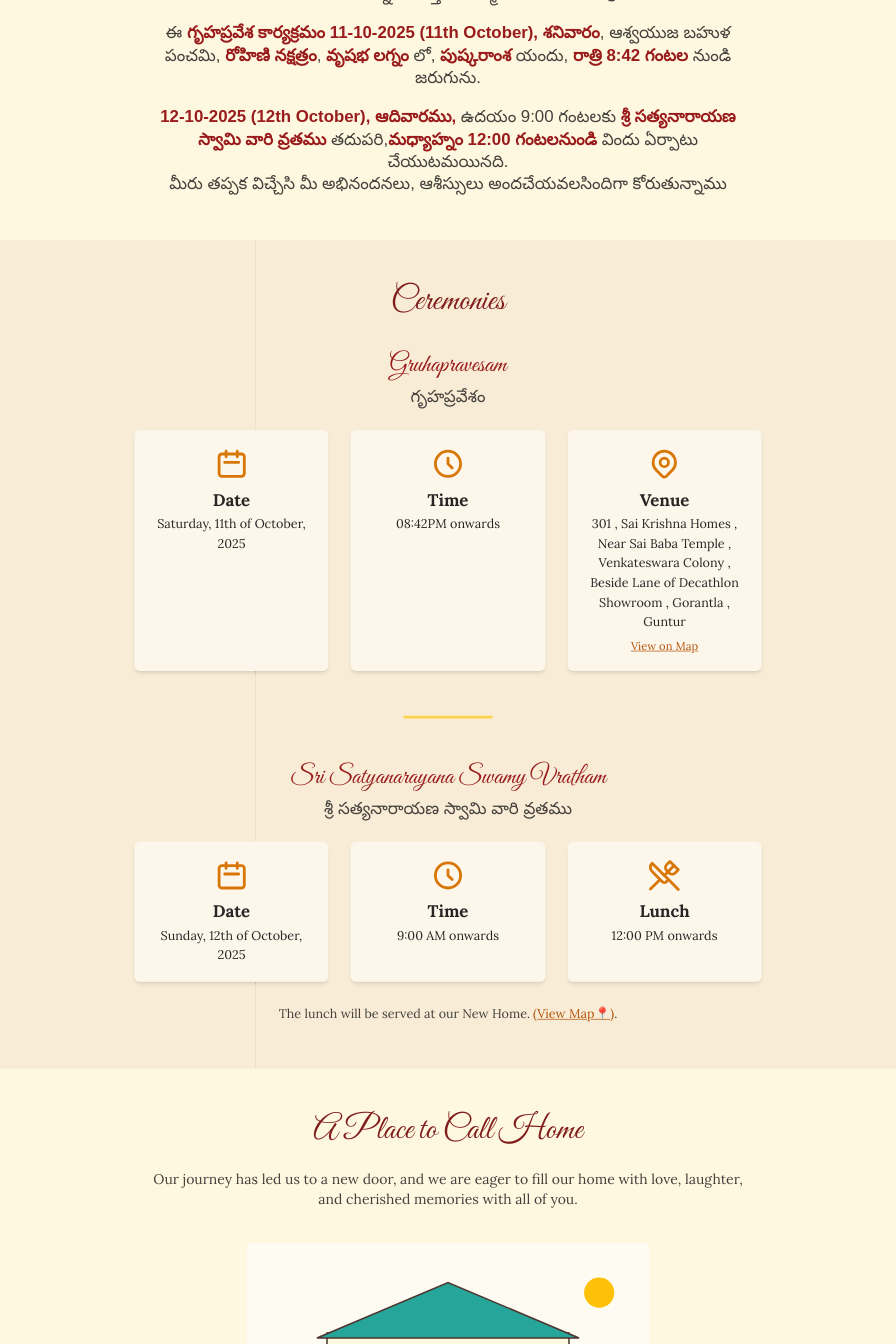
Repository: Dhakshin2007/house_warming_ceremony
Page: /
An editor plug-in stored every save of this project. The page is shown before and after a run of saves, followed by the edit.
The browser window is 1280 px wide. The pictures show the part of the page from y = 801 to 2721 px (the page is 3548 px tall before and 3572 px after), at 70% of full size.
Some web fonts or font styles are not loaded; a fallback is used. Some web libraries are served in a nearby version. The project was rebuilt for these pictures with package versions that can differ from the ones it lists, and the page was loaded fresh each time. Also part of the build but not shown: vite.config.ts.

Above is the page before, as saved 2025-10-04 10:05:21.

### index.html
<!DOCTYPE html>
<html lang="en">
  <head>
    <meta charset="UTF-8" />
    <meta name="viewport" content="width=device-width, initial-scale=1.0" />
    <title>Housewarming Ceremony Invitation</title>
    <script src="https://cdn.tailwindcss.com"></script>
    <link rel="preconnect" href="https://fonts.googleapis.com">
    <link rel="preconnect" href="https://fonts.gstatic.com" crossorigin>
    <link href="https://fonts.googleapis.com/css2?family=Great+Vibes&family=Lora:ital,wght@0,400;0,700;1,400&family=Mandali&display=swap" rel="stylesheet">
    <style>
      body {
        font-family: 'Lora', serif;
        background-color: #FFF8E1; /* A warm, festive cream */
      }
      .font-display {
        font-family: 'Great Vibes', cursive;
      }
      .font-telugu {
        font-family: 'Mandali', sans-serif;
      }
      /* Animation for scroll-in effect */
      .scroll-animate {
        opacity: 0;
        transform: translateY(30px);
        transition: opacity 0.8s ease-out, transform 0.8s ease-out;
      }
      .scroll-animate.visible {
        opacity: 1;
        transform: translateY(0);
      }
      /* Global fade-in animation */
      @keyframes fadeIn {
          from { opacity: 0; transform: translateY(10px); }
          to { opacity: 1; transform: translateY(0); }
      }
      .animate-fadeIn {
          animation: fadeIn 1s ease-out forwards;
          opacity: 0;
      }
    </style>
  <script type="importmap">
{
  "imports": {
    "react-dom/": "https://aistudiocdn.com/react-dom@^19.1.1/",
    "react/": "https://aistudiocdn.com/react@^19.1.1/",
    "react": "https://aistudiocdn.com/react@^19.1.1"
  }
}
</script>
</head>
  <body>
    <div id="root"></div>
    <script type="module" src="/index.tsx"></script>
  </body>
</html>

### App.tsx
import React, { useState, useEffect } from 'react';
import LandingAnimation from './components/LandingAnimation';
import FloatingPetals from './components/FloatingPetals';
import Section from './components/Section';
import { CalendarIcon, ClockIcon, MapPinIcon, MailIcon, PhoneIcon, UtensilsIcon } from './components/Icons';
import FamilyEnteringHouseAnimation from './components/FamilyEnteringHouseAnimation';
import EcoFriendlyLogo from './components/EcoFriendlyLogo';

const App: React.FC = () => {
  const [loading, setLoading] = useState(true);

  useEffect(() => {
    const timer = setTimeout(() => {
      setLoading(false);
    }, 4500); // Animation duration

    return () => clearTimeout(timer);
  }, []);

  if (loading) {
    return <LandingAnimation />;
  }

  return (
    <div className="bg-[#FFF8E1] text-[#4E342E] min-h-screen overflow-x-hidden">
      <FloatingPetals />
      <main className="relative z-10">
        <Header />
        <InvitationSection />
        <EventDetailsSection />
        <FamilySection />
        <BlessingsSection />
        <Footer />
      </main>
      <EcoFriendlyLogo/>
    </div>
  );
};

const Header: React.FC = () => (
  <header className="py-20 md:py-28 text-center text-amber-100 bg-cover bg-center" style={{backgroundImage: `linear-gradient(rgba(78, 52, 46, 0.8), rgba(78, 52, 46, 0.8)), url('https://i.postimg.cc/CxH97dqW/Whats-App-Image-2025-10-02-at-19-34-08-977bb1d6.jpg')`}}>
     <Section>
        <p className="text-xl md:text-2xl text-amber-300">Join us for the</p>
        <h1 className="font-display text-6xl md:text-8xl my-4 text-amber-200">Housewarming Ceremony - Kotha's'  Family</h1>
        <p className="text-xl md:text-2xl text-amber-300">of our new home</p>
     </Section>
  </header>
);

const InvitationSection: React.FC = () => (
    <Section className="py-16 px-6 text-center max-w-4xl mx-auto">
        <h2 className="font-display text-5xl text-red-900 mb-6">With hearts full of joy...</h2>
        <p className="font-telugu text-xl md:text-2xl leading-loose text-stone-700">
            మేము, <span className="font-bold text-red-800">కొత్త రామమోహన్ & భవాని </span> మరియు మా ప్రియమైన కుమారుడు <span className="font-bold text-red-800">కొత్త నితిన్ భార్గవ్ </span>
            తో కలిసి ఆనందం మరియు ఆశలు, ఆకాంక్షలతో నిండిన మా నూతన గృహంలోకి అడుగు పెడుతున్నాము. ఈ మధురక్షణాన్ని, ప్రేమ, నవ్వులు, ఆప్యాయతలు, మీ అమూల్యమైన ఆశీస్సులతో మరింత శోభయమానంగా మార్చుకోవాలని మనస్ఫూర్తిగా కోరుతున్నాము. మీ రాక మాకు అపార ఆనందాన్ని అందిస్తూ చిరస్మరణీయంగా నిలుపుతుంది.
        </p>


        <p className="font-telugu text-xl md:text-2xl leading-loose text-stone-700 mt-6">
            ఈ <span className="font-bold text-red-800">గృహప్రవేశ కార్యక్రమం</span>
            <span className="font-bold text-red-800"> 11-10-2025 (11th October), శనివారం</span>, ఆశ్వయుజ బహుళ పంచమి,
            <span className="font-bold text-red-800"> రోహిణి నక్షత్రం</span>,
            <span className="font-bold text-red-800"> వృషభ లగ్నం </span>లో,
            <span className="font-bold text-red-800"> పుష్కరాంశ </span> యందు,
            <span className="font-bold text-red-800"> రాత్రి 8:42 గంటల </span> నుండి జరుగును.
        <p className="font-telugu text-xl md:text-2xl leading-loose text-stone-700 mt-6">
            <span className="font-bold text-red-800">12-10-2025 (12th October), ఆదివారము,</span> ఉదయం 9:00 గంటలకు
            <span className="font-bold text-red-800"> శ్రీ సత్యనారాయణ స్వామి వారి వ్రతము</span> తదుపరి,
             <span className="font-bold text-red-800">మధ్యాహ్నం 12:00 గంటలనుండి </span> విందు ఏర్పాటు చేయుటమయినది.

        </p>

        <p>
            మీరు తప్పక విచ్చేసి మీ అభినందనలు, ఆశీస్సులు అందచేయవలసిందిగా కోరుతున్నాము</p>


            {/* <br /><br />
            మీ ఆశీర్వాదాలు, అభినందనలు మా గృహానికి <span className="font-bold text-red-800">శుభవైభవాన్ని</span>,
            మా హృదయాలకు <span className="font-bold text-red-800">ఆనందాన్ని</span> అందించి,  */}
            {/* ఈ ప్రత్యేక దినాన్ని <span className="font-bold text-red-800">చిరస్మరణీయంగా</span> చేస్తుంది. */}
        </p>
    </Section>
);

const EventDetailsSection: React.FC = () => (
    <Section className="py-16 px-6 bg-red-900/5">
        <div className="max-w-4xl mx-auto text-center">
            <h2 className="font-display text-5xl text-red-900 mb-12">Ceremonies</h2>

            {/* Event 1: Housewarming */}
            <div className="mb-12">
                <h3 className="font-display text-4xl text-red-800 mb-2">Gruhapravesam</h3>
                <p className="font-telugu text-2xl text-stone-700 mb-8">గృహప్రవేశం </p>
                <div className="grid grid-cols-1 md:grid-cols-3 gap-8 text-stone-800">
                    <div className="flex flex-col items-center p-6 bg-white/50 rounded-lg shadow-md hover:shadow-lg transition-shadow">
                        <CalendarIcon className="w-12 h-12 text-amber-600 mb-3" />
                        <h4 className="text-2xl font-bold mb-1">Date</h4>
                        <p className="text-lg">Saturday, 11th of October, 2025</p>
                    </div>
                    <div className="flex flex-col items-center p-6 bg-white/50 rounded-lg shadow-md hover:shadow-lg transition-shadow">
                        <ClockIcon className="w-12 h-12 text-amber-600 mb-3" />
                        <h4 className="text-2xl font-bold mb-1">Time</h4>
                        <p className="text-lg">08:42PM onwards</p>
                    </div>
                    <div className="flex flex-col items-center p-6 bg-white/50 rounded-lg shadow-md hover:shadow-lg transition-shadow">
                        <MapPinIcon className="w-12 h-12 text-amber-600 mb-3" />
                        <h4 className="text-2xl font-bold mb-1">Venue</h4>
                        <p className="text-lg">301 , Sai Krishna Homes , Near Sai Baba Temple , Venkateswara Colony , Beside Lane of Decathlon Showroom , Gorantla , Guntur</p>
                        <a href="https://maps.app.goo.gl/Uvsg3AJyijVXM1be9" target="_blank" rel="noopener noreferrer" className="text-amber-700 hover:text-amber-800 transition-colors mt-2 underline">View on Map</a>
                    </div>
                </div>
            </div>

            <div className="w-32 h-1 bg-amber-300 mx-auto my-16 rounded-full"></div>

            {/* Event 2: Satyanarayana Swamy Vratham */}
            <div>
                <h3 className="font-display text-4xl text-red-800 mb-2">Sri Satyanarayana Swamy Vratham</h3>
                <p className="font-telugu text-2xl text-stone-700 mb-8">శ్రీ సత్యనారాయణ స్వామి వారి వ్రతము</p>
                <div className="grid grid-cols-1 md:grid-cols-3 gap-8 text-stone-800">
                     <div className="flex flex-col items-center p-6 bg-white/50 rounded-lg shadow-md hover:shadow-lg transition-shadow">
                        <CalendarIcon className="w-12 h-12 text-amber-600 mb-3" />
                        <h4 className="text-2xl font-bold mb-1">Date</h4>
                        <p className="text-lg">Sunday, 12th of October, 2025</p>
                    </div>
                     <div className="flex flex-col items-center p-6 bg-white/50 rounded-lg shadow-md hover:shadow-lg transition-shadow">
                        <ClockIcon className="w-12 h-12 text-amber-600 mb-3" />
                        <h4 className="text-2xl font-bold mb-1">Time</h4>
                        <p className="text-lg">9:00 AM onwards</p>
                    </div>
                     <div className="flex flex-col items-center p-6 bg-white/50 rounded-lg shadow-md hover:shadow-lg transition-shadow">
                        <UtensilsIcon className="w-12 h-12 text-amber-600 mb-3" />
                        <h4 className="text-2xl font-bold mb-1">Lunch</h4>
                        <p className="text-lg">12:00 PM onwards</p>
                    </div>
                </div>
                <p className="text-lg mt-8 text-stone-700">
                    The lunch will be served at our  New Home.
                    <a
                        href="https://maps.app.goo.gl/Uvsg3AJyijVXM1be9"
                        target="_blank"
                        rel="noopener noreferrer"
                        className="text-amber-700 hover:text-amber-800 underline ml-1"
                    >
                       (View Map📍)
                    </a>.
                </p>
            </div>
        </div>
    </Section>
);


const FamilySection: React.FC = () => (
    <Section className="py-16 px-6 text-center max-w-4xl mx-auto">
         <h2 className="font-display text-5xl text-red-900 mb-8">A Place to Call Home</h2>
         <p className="text-xl text-stone-700 mb-12">
            Our journey has led us to a new door, and we are eager to fill our home with love, laughter, and cherished memories with all of you.
         </p>
         <FamilyEnteringHouseAnimation />
    </Section>
);

const BlessingsSection: React.FC = () => (
    <Section className="py-16 px-6 text-center max-w-4xl mx-auto">
         <h2 className="font-display text-5xl text-red-900 mb-8">Blessings</h2>
        <blockquote className="relative p-8">
            <p className="text-2xl italic text-stone-700">"ॐ सर्वे भवन्तु सुखिनः सर्वे सन्तु निरामयाः।"</p>
            <p className="text-lg text-stone-600 mt-4">"Om, may all be happy, may all be free from illness."</p>
            <div className="absolute top-0 left-0 w-16 h-16 border-t-4 border-l-4 border-amber-400 rounded-tl-2xl"></div>
            <div className="absolute bottom-0 right-0 w-16 h-16 border-b-4 border-r-4 border-amber-400 rounded-br-2xl"></div>
        </blockquote>
    </Section>
);

const Footer: React.FC = () => (
    <footer className="py-12 px-6 text-center bg-[#4E342E] text-amber-100">
        <Section>
            <p className="text-xl mb-4">For Your Assistance, feel free to reach out:</p>
            <div className="flex justify-center items-center space-x-6">
                <a href="tel:+917702632608" className="flex items-center space-x-2 hover:text-amber-300 transition-colors">
                    <PhoneIcon className="w-6 h-6" />
                    <span>7702632608</span>
                </a>
                <a href="mailto:nitinbhargav2002@gmail.com" className="flex items-center space-x-2 hover:text-amber-300 transition-colors">
                    <MailIcon className="w-6 h-6" />
                    <span>Mail 📧</span>
                </a>
            </div>
            {/* <p className="mt-8 text-amber-300/70">Crafted with love for our new beginning.</p> */}
            <p className="mt-4 text-sm text-amber-400/70">
                With Best Wishes
            </p>
            <p className="mt-4 text-sm text-amber-300/70">
                Crafted by <a href="https://dhakshin-portfolio.vercel.app/" target="_blank" rel="noopener noreferrer" className="underline hover:text-amber-200 transition-colors">Dhakshin Kotha 😉 ( Click Me !! )</a>
            </p>
        </Section>
    </footer>
);

export default App;

### components/LandingAnimation.tsx

import React from 'react';

const MandalaSVG: React.FC = () => (
    <svg viewBox="0 0 100 100" className="w-32 h-32 md:w-48 md:h-48 text-amber-300" style={{ filter: `drop-shadow(0 0 15px rgba(253, 224, 71, 0.7))`}}>
        <defs>
            <style>
                {`
                @keyframes draw {
                    from { stroke-dashoffset: 1000; }
                    to { stroke-dashoffset: 0; }
                }
                @keyframes fadeIn {
                    from { opacity: 0; transform: scale(0.5); }
                    to { opacity: 1; transform: scale(1); }
                }
                .mandala-path {
                    stroke-dasharray: 1000;
                    stroke-dashoffset: 1000;
                    animation: draw 3s ease-in-out forwards;
                }
                .mandala-core {
                    animation: fadeIn 2s 1s ease-out forwards;
                    opacity: 0;
                }
                `}
            </style>
        </defs>
        <g fill="none" stroke="currentColor" strokeWidth="1">
            <circle cx="50" cy="50" r="48" className="mandala-path" style={{animationDelay: '0s'}}/>
            <circle cx="50" cy="50" r="40" className="mandala-path" style={{animationDelay: '0.2s'}}/>
            <circle cx="50" cy="50" r="32" className="mandala-path" style={{animationDelay: '0.4s'}}/>
            {Array.from({ length: 12 }).map((_, i) => (
                <g key={i} transform={`rotate(${i * 30}, 50, 50)`}>
                    <path d="M50 10 C 60 25, 60 35, 50 50 C 40 35, 40 25, 50 10 Z" className="mandala-path" style={{animationDelay: `${0.8 + i*0.1}s`}}/>
                </g>
            ))}
        </g>
        <circle cx="50" cy="50" r="8" fill="currentColor" className="mandala-core" />
    </svg>
);

const LandingAnimation: React.FC = () => {
    return (
        <div className="fixed inset-0 bg-[#800000] flex flex-col justify-center items-center z-50 animate-fadeOut 4s forwards">
           <style>
               {`
               @keyframes fadeOut {
                   0%, 80% { opacity: 1; }
                   100% { opacity: 0; visibility: hidden; }
               }
               `}
           </style>
            <MandalaSVG />
            <p className="mt-6 text-xl md:text-2xl text-amber-200 animate-fadeIn 2s 2s forwards opacity-0">A new chapter begins...</p>
        </div>
    );
};

export default LandingAnimation;

### components/FloatingPetals.tsx

import React from 'react';

const FloatingPetals: React.FC = () => {
  const petals = Array.from({ length: 15 }).map((_, i) => {
    const style: React.CSSProperties = {
      left: `${Math.random() * 100}vw`,
      animationDuration: `${Math.random() * 5 + 10}s`, // 10s to 15s
      animationDelay: `${Math.random() * 10}s`,
    };
    return <div key={i} className="petal" style={style}></div>;
  });

  return (
    <div className="fixed top-0 left-0 w-full h-full overflow-hidden pointer-events-none z-0">
      <style>
        {`
        @keyframes fall {
          0% {
            transform: translateY(-10vh) rotate(0deg);
            opacity: 1;
          }
          100% {
            transform: translateY(110vh) rotate(360deg);
            opacity: 0;
          }
        }
        .petal {
          position: absolute;
          width: 15px;
          height: 15px;
          background-color: rgba(255, 165, 0, 0.4); /* Saffron-like color */
          border-radius: 0% 50% 50% 50%;
          transform: rotate(-45deg);
          animation-name: fall;
          animation-timing-function: linear;
          animation-iteration-count: infinite;
        }
        `}
      </style>
      {petals}
    </div>
  );
};

export default FloatingPetals;

### components/Section.tsx

import React, { useRef, useEffect, useState } from 'react';

interface SectionProps {
  children: React.ReactNode;
  className?: string;
}

const Section: React.FC<SectionProps> = ({ children, className }) => {
  const [isVisible, setIsVisible] = useState(false);
  const sectionRef = useRef<HTMLDivElement>(null);

  useEffect(() => {
    const observer = new IntersectionObserver(
      ([entry]) => {
        if (entry.isIntersecting) {
          setIsVisible(true);
          if (sectionRef.current) {
            observer.unobserve(sectionRef.current);
          }
        }
      },
      {
        root: null,
        rootMargin: '0px',
        threshold: 0.1,
      }
    );

    if (sectionRef.current) {
      observer.observe(sectionRef.current);
    }

    return () => {
      if (sectionRef.current) {
        // eslint-disable-next-line react-hooks/exhaustive-deps
        observer.unobserve(sectionRef.current);
      }
    };
  }, []);

  return (
    <div
      ref={sectionRef}
      className={`scroll-animate ${isVisible ? 'visible' : ''} ${className || ''}`}
    >
      {children}
    </div>
  );
};

export default Section;

### components/Icons.tsx
import React from 'react';

interface IconProps {
  className?: string;
}

export const CalendarIcon: React.FC<IconProps> = ({ className }) => (
  <svg xmlns="http://www.w3.org/2000/svg" className={className} fill="none" viewBox="0 0 24 24" stroke="currentColor">
    <path strokeLinecap="round" strokeLinejoin="round" strokeWidth={2} d="M8 7V3m8 4V3m-9 8h10M5 21h14a2 2 0 002-2V7a2 2 0 00-2-2H5a2 2 0 00-2 2v12a2 2 0 002 2z" />
  </svg>
);

export const ClockIcon: React.FC<IconProps> = ({ className }) => (
  <svg xmlns="http://www.w3.org/2000/svg" className={className} fill="none" viewBox="0 0 24 24" stroke="currentColor">
    <path strokeLinecap="round" strokeLinejoin="round" strokeWidth={2} d="M12 8v4l3 3m6-3a9 9 0 11-18 0 9 9 0 0118 0z" />
  </svg>
);

export const MapPinIcon: React.FC<IconProps> = ({ className }) => (
  <svg xmlns="http://www.w3.org/2000/svg" className={className} fill="none" viewBox="0 0 24 24" stroke="currentColor">
    <path strokeLinecap="round" strokeLinejoin="round" strokeWidth={2} d="M17.657 16.657L13.414 20.9a1.998 1.998 0 01-2.827 0l-4.244-4.243a8 8 0 1111.314 0z" />
    <path strokeLinecap="round" strokeLinejoin="round" strokeWidth={2} d="M15 11a3 3 0 11-6 0 3 3 0 016 0z" />
  </svg>
);

export const MailIcon: React.FC<IconProps> = ({ className }) => (
  <svg xmlns="http://www.w3.org/2000/svg" className={className} fill="none" viewBox="0 0 24 24" stroke="currentColor">
    <path strokeLinecap="round" strokeLinejoin="round" strokeWidth={2} d="M3 8l7.89 5.26a2 2 0 002.22 0L21 8M5 19h14a2 2 0 002-2V7a2 2 0 00-2-2H5a2 2 0 00-2 2v10a2 2 0 002 2z" />
  </svg>
);

export const PhoneIcon: React.FC<IconProps> = ({ className }) => (
  <svg xmlns="http://www.w3.org/2000/svg" className={className} fill="none" viewBox="0 0 24 24" stroke="currentColor">
    <path strokeLinecap="round" strokeLinejoin="round" strokeWidth={2} d="M3 5a2 2 0 012-2h3.28a1 1 0 01.948.684l1.498 4.493a1 1 0 01-.502 1.21l-2.257 1.13a11.042 11.042 0 005.516 5.516l1.13-2.257a1 1 0 011.21-.502l4.493 1.498a1 1 0 01.684.949V19a2 2 0 01-2 2h-1C9.716 21 3 14.284 3 6V5z" />
  </svg>
);

export const UtensilsIcon: React.FC<IconProps> = ({ className }) => (
    <svg xmlns="http://www.w3.org/2000/svg" className={className} viewBox="0 0 24 24" fill="none" stroke="currentColor" strokeWidth="2" strokeLinecap="round" strokeLinejoin="round">
      <path d="m16 2-2.3 2.3a3 3 0 0 0 0 4.2l1.8 1.8a3 3 0 0 0 4.2 0L22 8Z" />
      <path d="M15 15 3.3 3.3a4.2 4.2 0 0 0 0 6l7.3 7.3c.7.7 2 .7 2.8 0L15 15Zm0 0 7 7" />
      <path d="m2.1 21.8 6.4-6.3" />
      <path d="m19 5-7 7" />
    </svg>
  );

export const LeafIcon: React.FC<IconProps> = ({ className }) => (
  <svg xmlns="http://www.w3.org/2000/svg" className={className} viewBox="0 0 24 24" fill="currentColor">
    <path d="M17 8C8 10 5.9 16.17 3.82 21.34l1.89.66C7.32 18.06 9 14 17 12V8z" />
    <path d="M11.5 2C10.12 2 9 3.12 9 4.5S10.12 7 11.5 7 14 5.88 14 4.5 12.88 2 11.5 2z" />
  </svg>
);

### components/EcoFriendlyLogo.tsx

import React from 'react';
import { LeafIcon } from './Icons';

const EcoFriendlyLogo: React.FC = () => {
  return (
    <div
      className="fixed bottom-4 right-4 z-20 flex items-center py-1 px-2 sm:py-2 sm:px-3 bg-green-100/80 text-green-800 rounded-full shadow-lg backdrop-blur-sm animate-fadeIn"
      style={{ animationDelay: '0.5s' }} // Delay to appear after page content is visible
      role="complementary"
      aria-label="Save Paper, Save Trees reminder"
    >
      <LeafIcon className="w-4 h-4 sm:w-5 sm:h-5 mr-1 sm:mr-2" />
      <span className="text-[10px] sm:text-xs font-semibold tracking-wide">Save Paper, Save Trees</span>
    </div>
  );
};

export default EcoFriendlyLogo;

Loaded but not shown: index.tsx (common file); components/FamilyEnteringHouseAnimation.tsx (74 lines, source omitted)

After the next 2 saves:
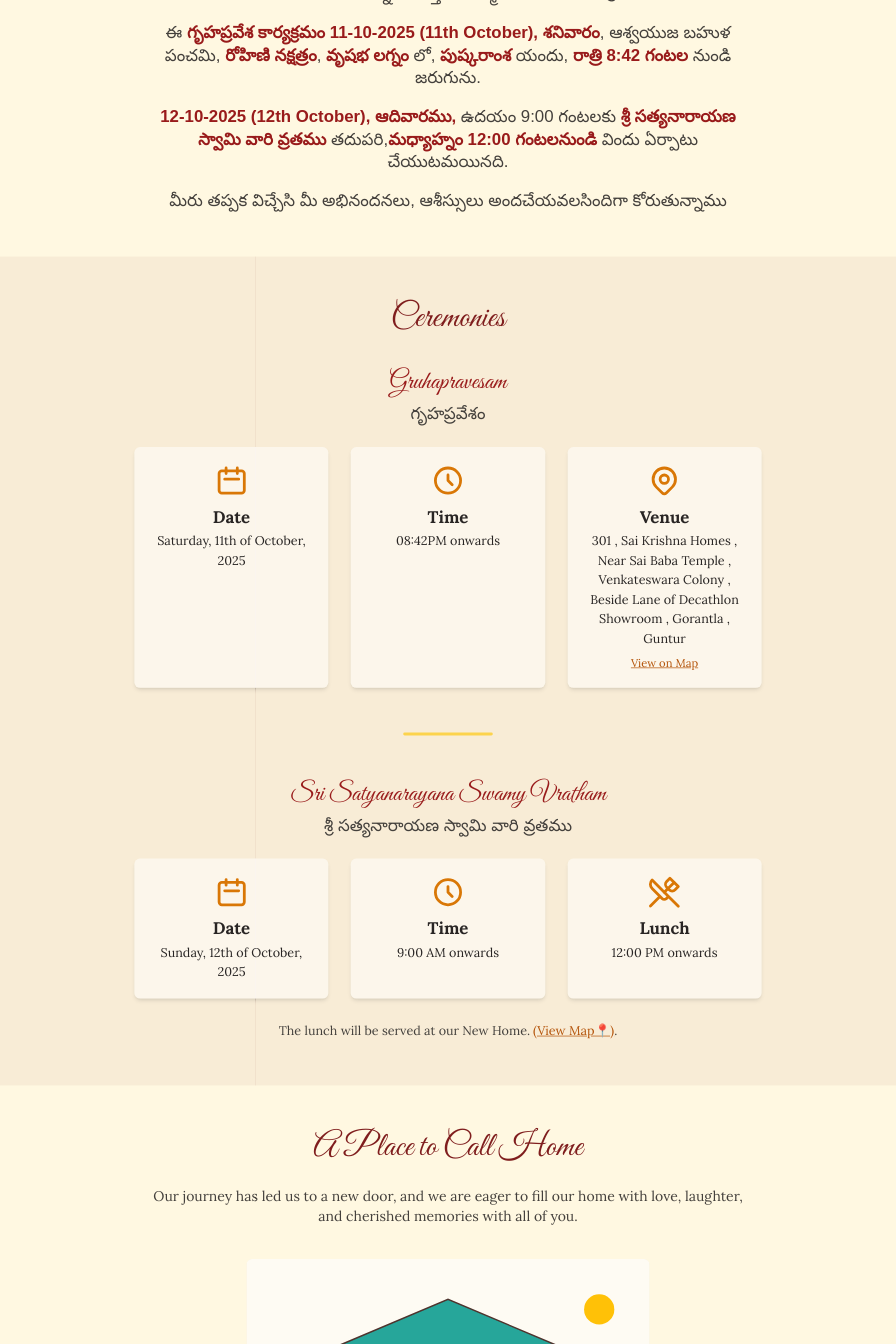
The 2 saves are shown as one change because 1 did not build or start.
The last was saved 49 s later.
--- a/App.tsx
+++ b/App.tsx
@@ -70,15 +70,16 @@ const InvitationSection: React.FC = () => (
 
         </p>
 
-        <p>
-            మీరు తప్పక విచ్చేసి మీ అభినందనలు, ఆశీస్సులు అందచేయవలసిందిగా కోరుతున్నాము</p>
+        </p>
+        <p className="font-telugu text-xl md:text-2xl leading-loose text-stone-700 mt-6">
+            మీరు తప్పక విచ్చేసి మీ అభినందనలు, ఆశీస్సులు అందచేయవలసిందిగా కోరుతున్నాము
+        </p>
 
 
             {/* <br /><br />
             మీ ఆశీర్వాదాలు, అభినందనలు మా గృహానికి <span className="font-bold text-red-800">శుభవైభవాన్ని</span>,
             మా హృదయాలకు <span className="font-bold text-red-800">ఆనందాన్ని</span> అందించి,  */}
             {/* ఈ ప్రత్యేక దినాన్ని <span className="font-bold text-red-800">చిరస్మరణీయంగా</span> చేస్తుంది. */}
-        </p>
     </Section>
 );
 
